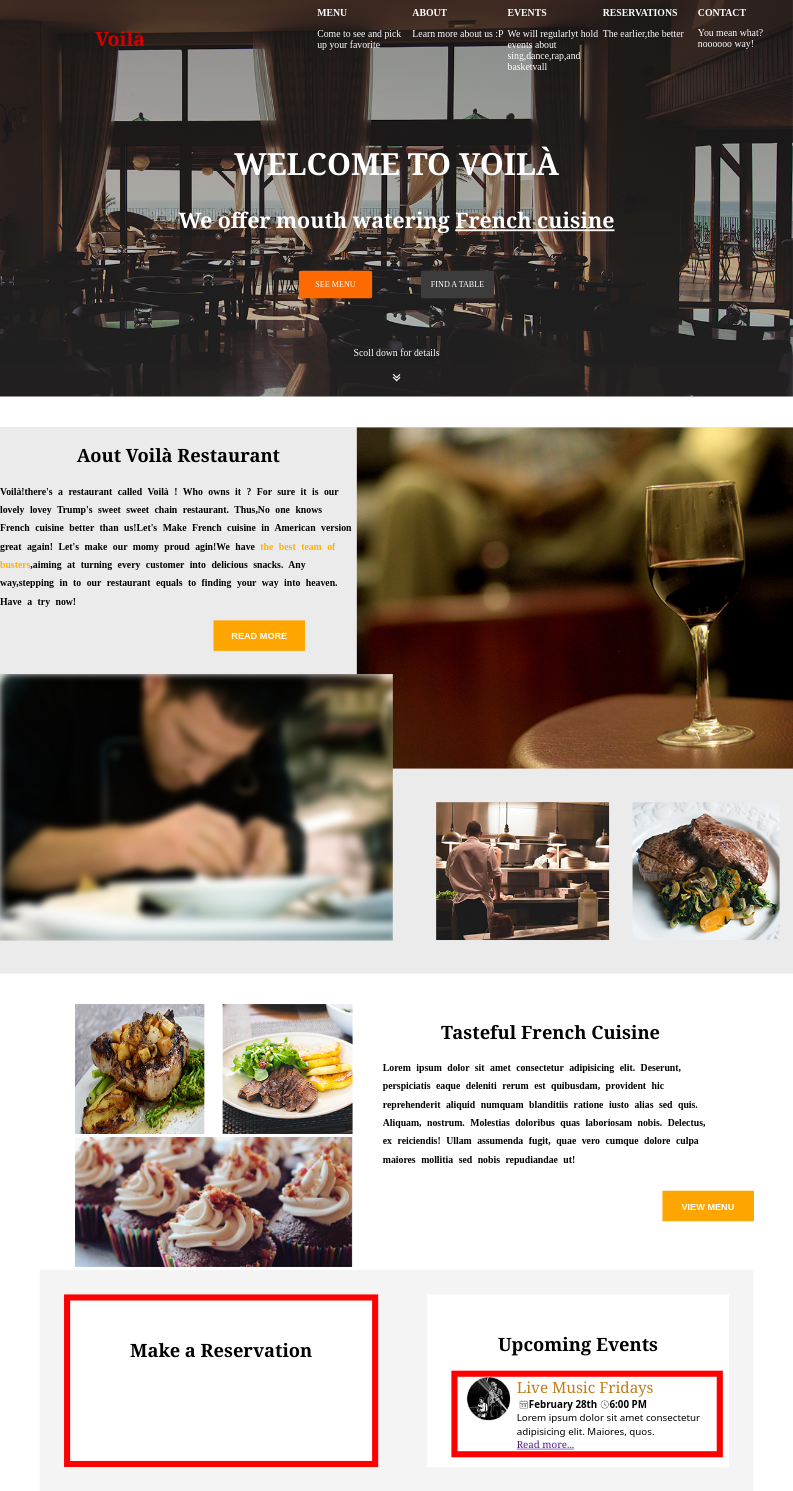
Repository: sis-shen/HTML_vsc
Page: adc_v2/index.html
These files come from the project's save history. The page is drawn as it stood at one moment and after the next save; the edit follows.
The browser window is 1280 px wide. The page is 1300 px wide, so the pictures cover 1300 px, including what lies to the right of the window. The pictures show the whole page, at 61% of full size.

Above is the page before, as saved 2023-08-18 13:30:48.

### adc_v2/index.html
<!DOCTYPE html>
<html lang="zh-CN">
<head>
    <meta charset="UTF-8">
    <meta name="viewport" content="width=device-width, initial-scale=1.0">
    <title>Old8餐厅</title>
    <link rel="stylesheet" href="style.css">
    <link rel="shotcut icon" href="img/王者.png">
</head>
<body>
    <div class="top-box">
        <div class="nav">
            <div class="t-left"><h1>Voilà </h1></div>

            <div class="t-right">
                <div class="nav-box"><a href="menu.html" target="_blank"><h2>MENU</h2></a>
                    <p>Come to see and pick up your favorite</p></div>
                <div class="nav-box"> <a href="about.html" target="_blank"><h2>ABOUT</h2></a>
                    <p>Learn more about us :P</p></div>
                <div class="nav-box"><a href="events.html" target="_blank"><h2>EVENTS</h2></a>
                    <p>We will regularlyt hold events about sing,dance,rap,and basketvall</p></div>
                <div class="nav-box"> <a href="restaurants.html" target="_blank"><h2>RESERVATIONS</h2></a>
                    <p>The earlier,the better</p></div>
                <div class="nav-box"><a href="contact.html" target="_blank"><h2>CONTACT</h2></a>
                    You mean what?noooooo way!</div>
            </div>
        </div>

        <h1 id="wel">WELCOME TO VOILÀ</h1>
        <h3>We offer mouth watering <u>French cuisine</u></h3>

        <div class="button-box">
            <div class="b-left">
                <a href="menu.html" target="_blank"><button>SEE MENU</button></a>
            </div>
            <div class="b-right">
                <a href="table.index" target="_blank"><button>FIND A TABLE</button></a>
            </div>
        </div>

        <h4>Scoll down for details</h4>

        <div class="down-arrow">
            <img src="img/down-arrow-icon.png" alt="">

        </div>
    </div>

    <!-- =============================================== -->

    <div class="top2-box">
        <div class="up-box">
            <div class="up-left">
                <h2 class="h2-title">Aout Voilà Restaurant</h2>
                <p class="main-p">Voilà!there's a restaurant called Voilà ! Who owns it ? For sure it is our lovely lovey Trump's sweet sweet chain restaurant. Thus,No one knows French cuisine better than us!Let's Make French cuisine in American version great again! Let's make our momy proud agin!We have <a href="https://g.nga.cn/read.php?tid=22017775&rand=757" target="_blank"> the best team of busters</a>,aiming at turning every customer into delicious snacks. Any way,stepping in to our restaurant equals to finding your way into heaven. Have a try now!</p>

                <a href="about.index" target="_blank"><button class="main-button">READ MORE</button></a>

            </div>

            <div class="up-right">
                <img src="img/glass of wine.png" alt="">
            </div>
        </div>
        <div class="down-box">
            <div class="down-left"><img src="img/Eric-McGregor-flickr.png" alt="eric"></div>
            <div class="down-right">
                <div class="left"><img src="img/Restaurant kitchen.png" alt=""></div>
                <div class="right"><img src="img/foodiesfeed.com_excelent-beef-steak-vegetables.png" alt=""> </div>
            </div>

        </div>
    </div>

    <!-- =========================================== -->

    <div class="cuisine-box">
        <div class="left-dish-box">
            <div class="uper">
                <div class="left"><img src="img/Steak and vegetables - Foodies Feed.png" alt="" ></div>
                <div class="right"> <img src="img/Beef-steak-pineapple-salad Foodies Feed.png" alt="" id="cup-cake" ></div>
            <div class="clear-fix"></div>


            </div>


            <div class="downer">
                <img src="img/Cup cakes.png" alt="">
            </div>
        </div>

        <div class="right-p">
            <h2 class="h2-title">Tasteful French Cuisine</h2>

            <p class="main-p">Lorem ipsum dolor sit amet consectetur adipisicing elit. Deserunt, perspiciatis eaque deleniti rerum est quibusdam, provident hic reprehenderit aliquid numquam blanditiis ratione iusto alias sed quis. Aliquam, nostrum. Molestias doloribus quas laboriosam nobis. Delectus, ex reiciendis! Ullam assumenda fugit, quae vero cumque dolore culpa maiores mollitia sed nobis repudiandae ut!</p>

            <a href="menu.html" target="_blank"><button class="main-button" id="b2">VIEW MENU</button></a>


        </div>


    </div>

    <div class="res-events">
        <div class="res">
            <h2 class="h2-title">Make a Reservation</h2>
        </div>
        <div class="events-box">

            <h2 class="h2-title">Upcoming Events</h2>

            <ul class="event-list">
                <li class="event-emp" >

                    <div class="icon"><img src="img/Live music Fridays.png" alt=""></div>
                    <div class="content">
                        <div class="event-title">Live Music Fridays</div>

                        <div class="date">
                            <div class="daytime1" id="L1-1">February 28th
                        </div>
                        <div class="daytime2" id="L1-2">6:00 PM</div>
                        </div>

                                            <div class="event-dsp">Lorem ipsum dolor sit amet consectetur adipisicing elit. Maiores, quos.</div>
                                            <div class="read-more"><a href="" target="_blank">Read more...</a></div>

                    </div>

                </li>

            </ul>





        </div>
    </div>



</body>
</html>

### adc_v2/style.css

body {
    box-sizing: border-box;
    font-family:Georgia, 'Times New Roman', Times, serif;

    width: 1300px;

    margin: 0 auto;

}

.clear-fix{
    clear: both;
}

/* .up-left h2 */
.h2-title{

    text-align: center;
    font-size: 30px;
}
.main-p{
    line-height: 30px;
    word-spacing: 5px;
    font-family: 微软雅黑;
    font-weight: bold;
}

.main-button{
    background-color:orange;
    height: 50px;
    width:150px;
    color: #fff;
    font-size: 15px;
    font-weight: bold;
    border: 0;
    margin-left: 350px;
}

.main-button:hover{
    background-color:rgb(213, 139, 0);

}

/* =======top-box===== */

.top-box{
    margin:auto;

    width: 1300px;
    height: 650px;
    background-image: url("img/top.png");
    background-repeat: no-repeat;

    /* border: red solid 10px; */

}

.nav {
    width: 100%;
    height: 200px;
    /* background-color: rgba(0, 255, 255, 0.207); */
    display: flex;
}

.t-left{
    height:100%;
    width: 40%;
    /* background-color: rgba(255, 0, 0, 0.236); */
}

.t-right{
    display: flex;
    height: 100%;
    width:60%;
    font-family: 微软雅黑;
}

.nav-box{
    width: 20%;
    height: 100%;
    /* background-color: rgba(255, 255, 0, 0.149); */
    color: #fff;
}

.nav-box a{
    text-decoration: none;
    color: #fff;
}

.top-box h2{
    font-size:medium
}

.t-left h1{
    color:rgb(212, 0, 0);
    position: relative;
    left:30%;
    top:20px;
}

#wel{
    text-align: center;
    color: #fff;

    font-size: 50px;
}

.top-box h3{
    text-align: center;
    color: #fff;
    font-size: 35px;
}

.button-box{
    display: flex;
    align-items: center;
    justify-content: center;
    margin-top: 60px;
}

.button-box button{
    width: 120px;
    height: 45px;
    margin-inline: 40px;
    font-family: 微软雅黑;
    color: #fff;
}

.b-left button{
    background-color: rgb(255, 106, 0);
    border: 0;
    border-radius: 5%;
}

.b-left button:hover{
    background-color: rgb(205, 85, 0);

}

.b-right button{
    background-color: rgb(60, 60, 60);
    border: 0;
    border-radius: 5%;

}

.b-right button:hover{
    background-color: rgb(35, 35, 35);

}

.top-box h4{
    text-align: center;
    color: #fff;
    font-family: 微软雅黑;
    font-weight:normal;
    margin-top: 80px;
}


.down-arrow {
    text-align: center;
}



/* ===========top2-box============== */

.top2-box{
    background-color: #ebebeb;
    padding-bottom: 50px;
}

.top2-box .up-box
{

    margin-top: 50px;
    display: flex;

    /* border: red solid 10px; */
}

.top2-box .up-left{
    width: 45%;
    min-height: 200px;

    /* border: red solid 10px; */

}

.top2-box .up-right{
    width: 55%;
    min-height: 200px;
}

.up-right img{
    width: 100%;
}





.up-left p a {
    text-decoration: none;
    color: rgb(255, 179, 0);
}

.up-left p a:hover{
    color: rgb(193, 135, 0);

}





.down-box{
    display: flex;
}



.down-right{
    margin-top: 50px;
    width: 45%;
    /* border: red solid 10px; */
    display: flex;

}

.down-right .left{
    width: 45%;
    /* margin-left:5%; */
    margin-right: 10%;
    /* border: red solid 10px; */

}

.down-right .right{
    width: 45%;
    /* border: red solid 10px; */

}

.down-left{
    width: 55%;
    max-height: 250px;
}

.down-left img{
    width: 90%;
    position: relative;
    top:-10em
}

.cuisine-box {
    width: 100%;
    margin-top: 50px;
    display: flex;
    justify-content: center;

    .left-dish-box{
        width: 455px;

        /* border: red solid 10px; */


        .uper{
            margin: 0;
            display: flex;


            .left{
                width: 50%;
            }

            .right{
                width: 50%;
            }
        }

        .downer{

        }

    }


    #cup-cake{
        float: right;
    }

    .right-p{
        width: 550px;
        margin-left: 50px;
        /* border: red solid 10px; */

    }
}

#b2{
    margin-top: 20px;
    margin-left: 458px;
}
/* ==============reservation & events============= */

.res-events{
    margin: 0 auto;
    width: 90%;
    display: flex;
    background-color: #f4f4f4;

    .res{
        padding-top: 35px;
        margin: 40px;
        background-color: white;
        width: 50%;
        border: red solid 10px;

    }
    .events-box{
        padding-top: 35px;

        margin: 40px;
        background-color: white;
        width: 50%;

        .event-list{
            list-style-type: none;



            .event-emp{
                width: 90%;
                /* display: block; */
                display: flex;
                border: red solid 10px;
                padding-left: 15px;


                .icon{
                    width: 72px;
                }

                .content{
                    margin-left: 10px;


                    .event-title{
                        font-size:25px ;
                        color:rgb(192, 125, 25)
                    }

                    .date{
                        display: flex;

                        .daytime1{
                            margin-left: 5px;
                            padding-left: 15px;
                            font-family: system-ui, -apple-system, BlinkMacSystemFont, 'Segoe UI', Roboto, Oxygen, Ubuntu, Cantarell, 'Open Sans', 'Helvetica Neue', sans-serif;
                            font-weight: 800;

                            background-image: url("img/Date-icon.png");
                            background-repeat: no-repeat;
                            background-position: left center;

                        }
                        .daytime2{
                            margin-left: 5px;
                            padding-left: 15px;
                            font-family: system-ui, -apple-system, BlinkMacSystemFont, 'Segoe UI', Roboto, Oxygen, Ubuntu, Cantarell, 'Open Sans', 'Helvetica Neue', sans-serif;
                            font-weight: 800;

                            background-image: url("img/Time-icon.png");
                            background-repeat: no-repeat;
                            background-position: left center;

                        }

                    }

                    .event-dsp{
                        font-family: system-ui, -apple-system, BlinkMacSystemFont, 'Segoe UI', Roboto, Oxygen, Ubuntu, Cantarell, 'Open Sans', 'Helvetica Neue', sans-serif;

                        font-weight: 500;
                    }


                }

            }

        }




    }
}

After the next save:
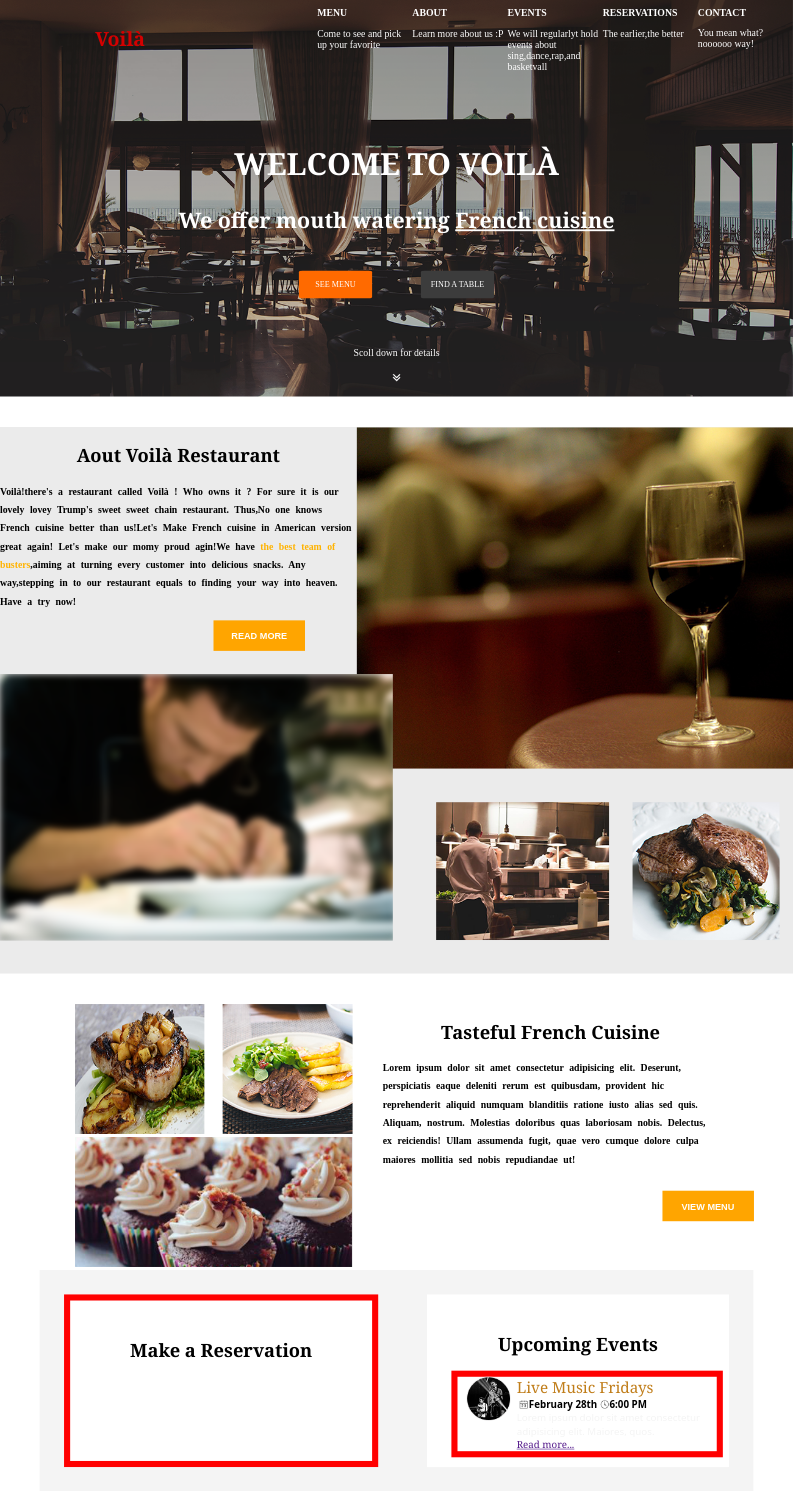
Saved 19 s later.
--- a/adc_v2/style.css
+++ b/adc_v2/style.css
@@ -382,6 +382,7 @@
                     }
 
                     .event-dsp{
+                        color: #f4f4f4;
                         font-family: system-ui, -apple-system, BlinkMacSystemFont, 'Segoe UI', Roboto, Oxygen, Ubuntu, Cantarell, 'Open Sans', 'Helvetica Neue', sans-serif;
 
                         font-weight: 500;

After the save that followed:
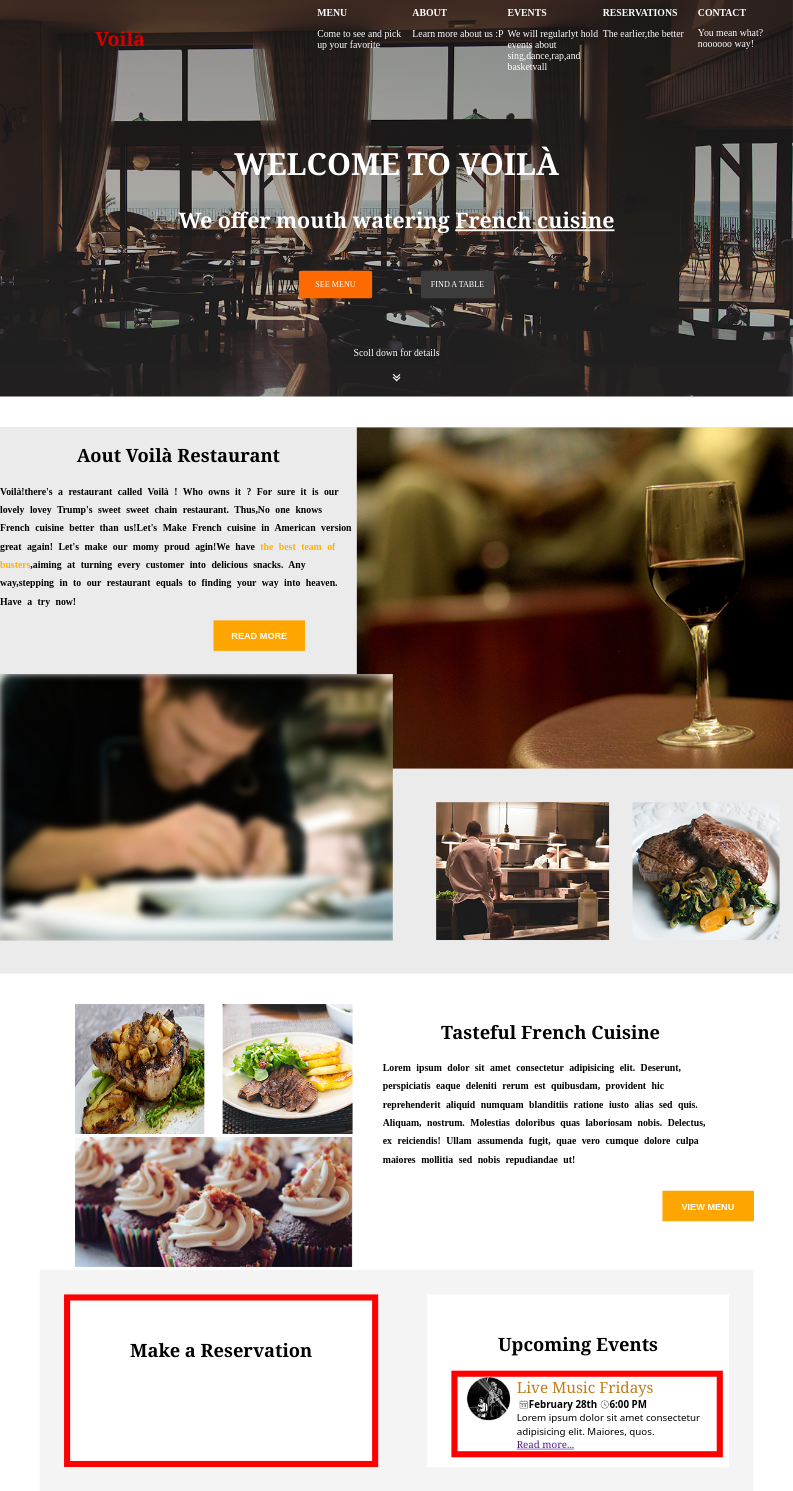
Saved 3 min 26 s later.
--- a/adc_v2/style.css
+++ b/adc_v2/style.css
@@ -382,7 +382,7 @@
                     }
 
                     .event-dsp{
-                        color: #f4f4f4;
+                        /* color: #f4f4f4; */
                         font-family: system-ui, -apple-system, BlinkMacSystemFont, 'Segoe UI', Roboto, Oxygen, Ubuntu, Cantarell, 'Open Sans', 'Helvetica Neue', sans-serif;
 
                         font-weight: 500;
